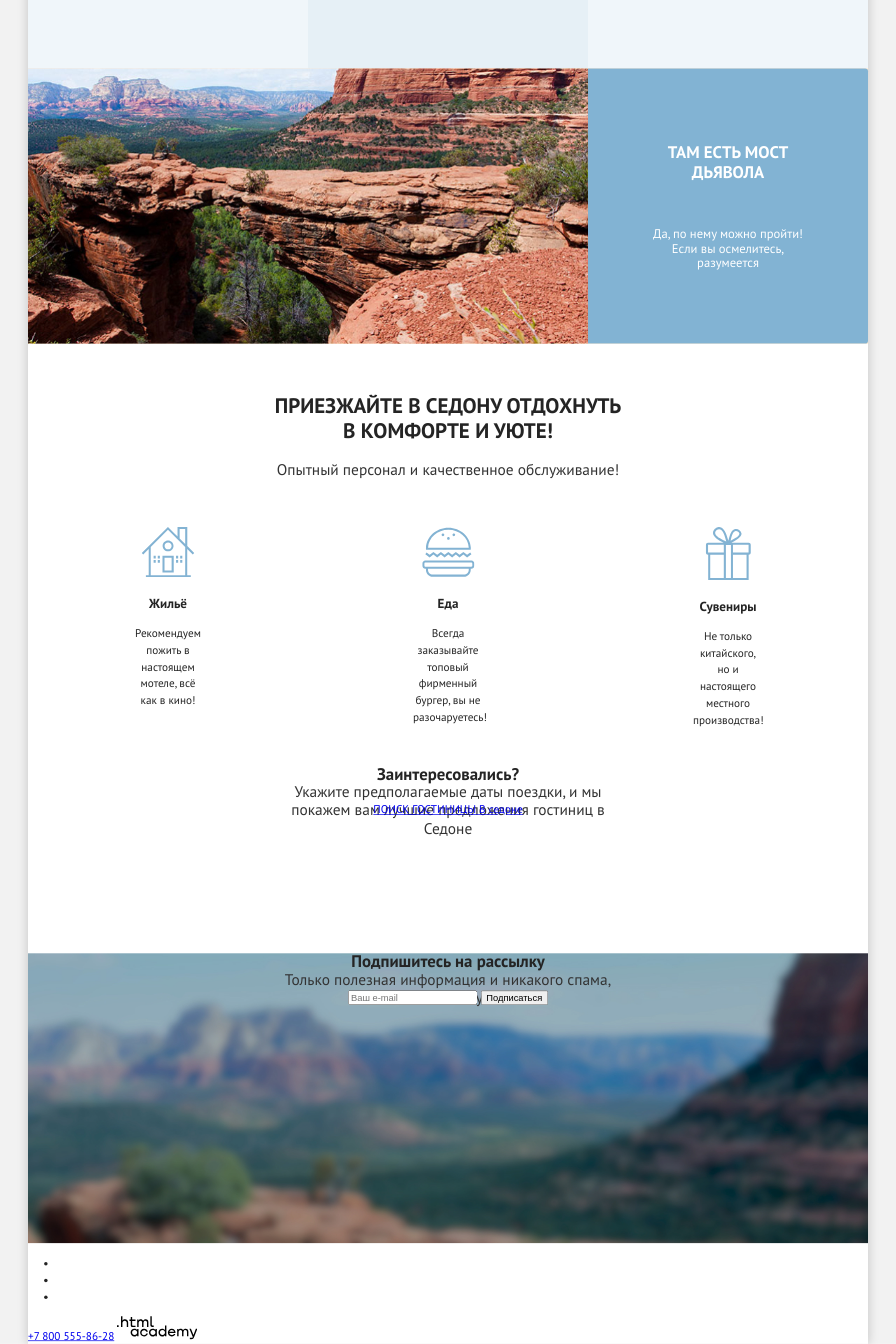
Repository: zakhgagne/2512253-sedona-1
Page: index.html
The author's editor kept a copy of each file at every save. The page is drawn from the files as they stood at one save, then again after the next save.
The browser window is 1280 px wide. The pictures show the part of the page from y = 1497 to 3417 px (the page is 3417 px tall before and 3416 px after), at 70% of full size.

Above is the page before, as saved 2024-05-11 16:27:04.

After the next save:
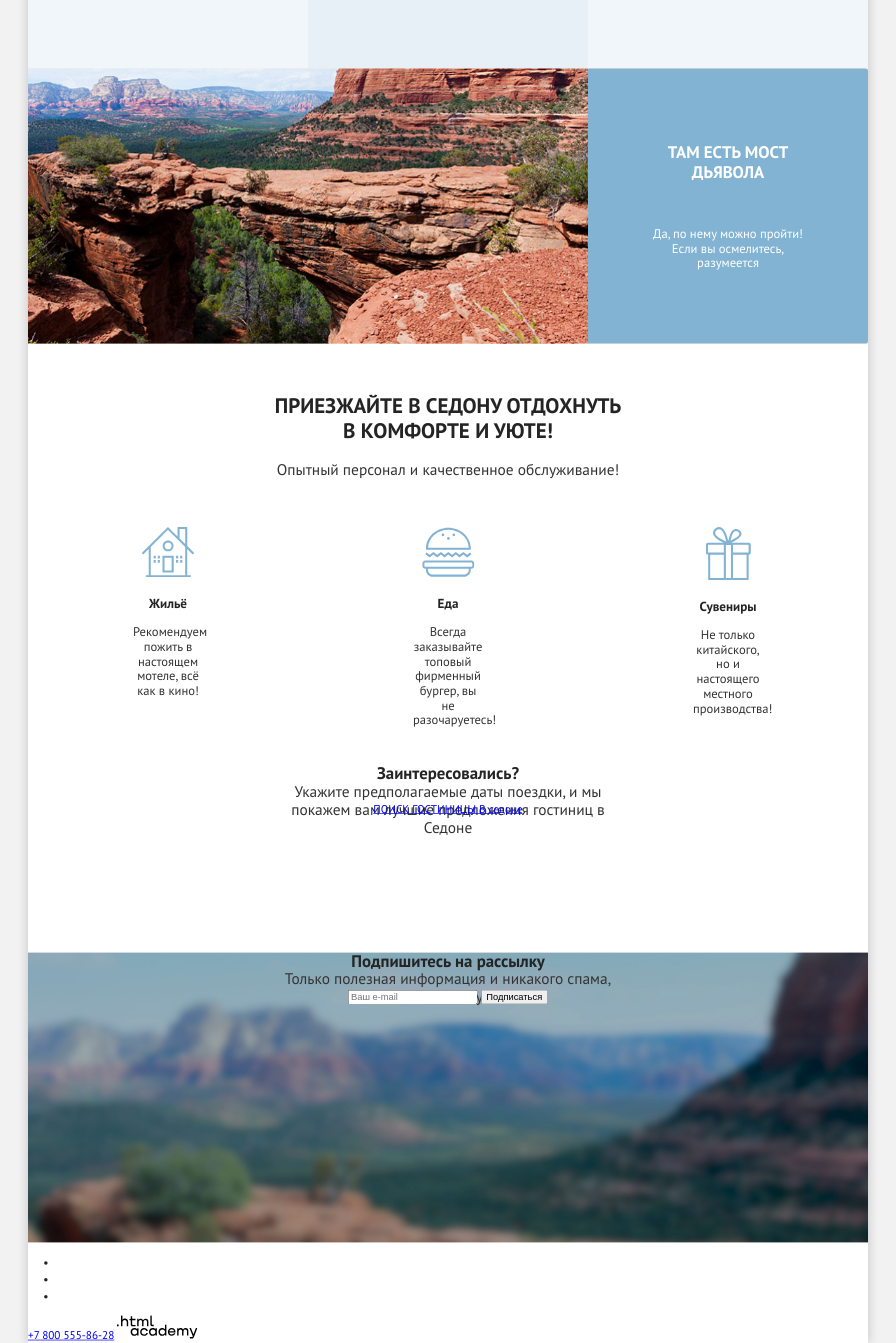
Saved 118 s later.
--- a/styles/styles.css
+++ b/styles/styles.css
@@ -265,6 +265,24 @@ body {
     padding-top: 70px;
 }
 .comfort-text {
+/* Texts/Text blocks */
+  /* font-family: 'PT Sans';
+  font-style: normal; */
+  font-weight: 400;
+  font-size: 18px;
+  line-height: 21px;
+  /* or 117% */
+  /* Texts/second */
+  color: #333333;
+
+
+  /* Inside auto layout */
+  flex: none;
+  order: 2;
+  align-self: stretch;
+  flex-grow: 0;
+
+
 width: 100px;
 margin: 0 auto;
 padding: 0;
